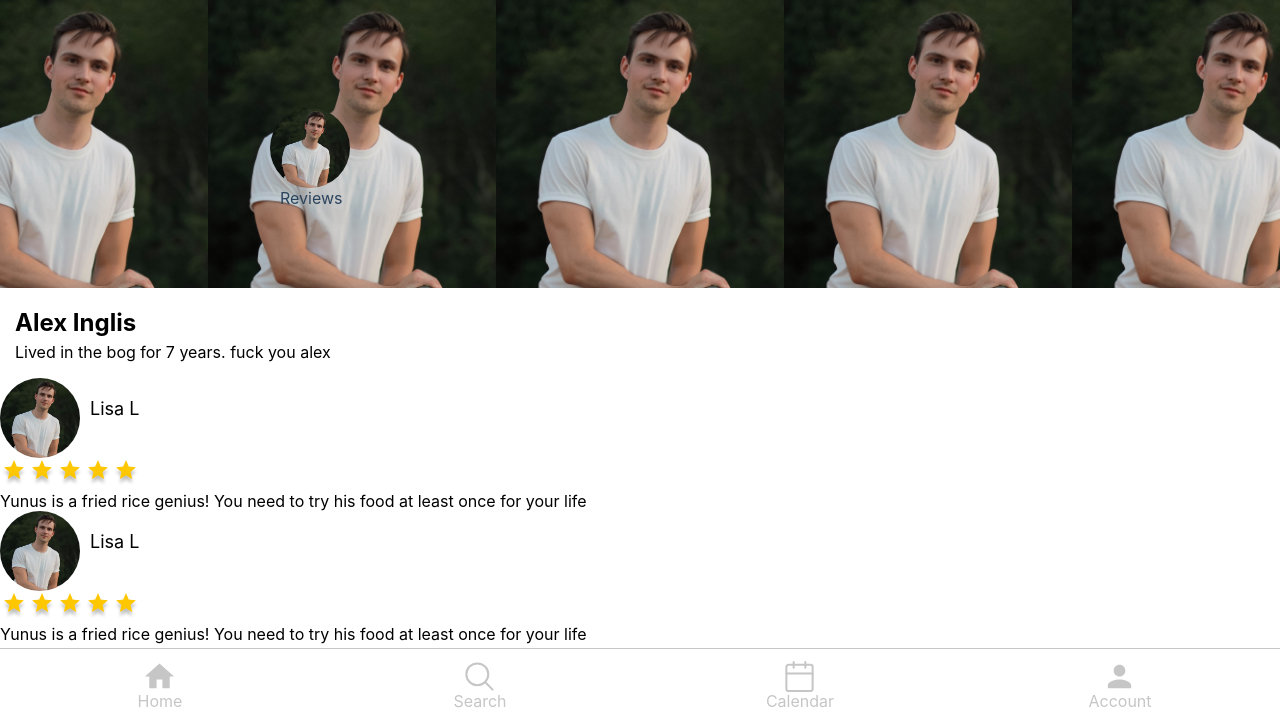
Repository: nguyenlejoe/HomeChef
Page: / (app in app/)
These files come from the project's save history. The page is drawn as it stood at one moment and after the next save; the edit follows.
The browser window is 1280 px wide. The pictures show the whole page.
The project was rebuilt for these pictures with package versions that can differ from the ones it lists, and the page was loaded fresh each time. Also part of the build but not shown: app/src/comps/MainButton/index.js.

Above is the page before, as saved 2020-11-07 14:35:56.

After the next save:
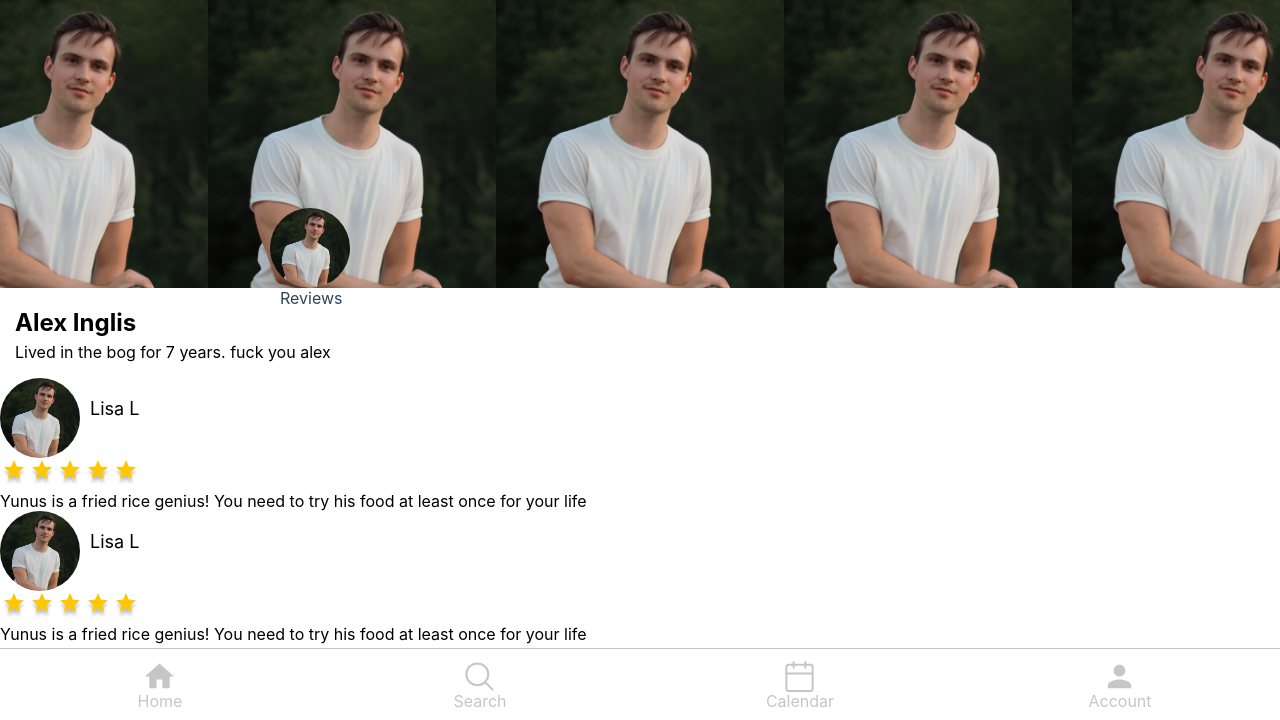
Saved 7 s later.
--- a/app/src/pages/ChefReview.scss
+++ b/app/src/pages/ChefReview.scss
@@ -24,7 +24,7 @@
     height:0px;
     position: relative;
     z-index: 1;
-    top: -270px;
+    top: -170px;
     left: 270px;
     a{
         margin-left:10px;
